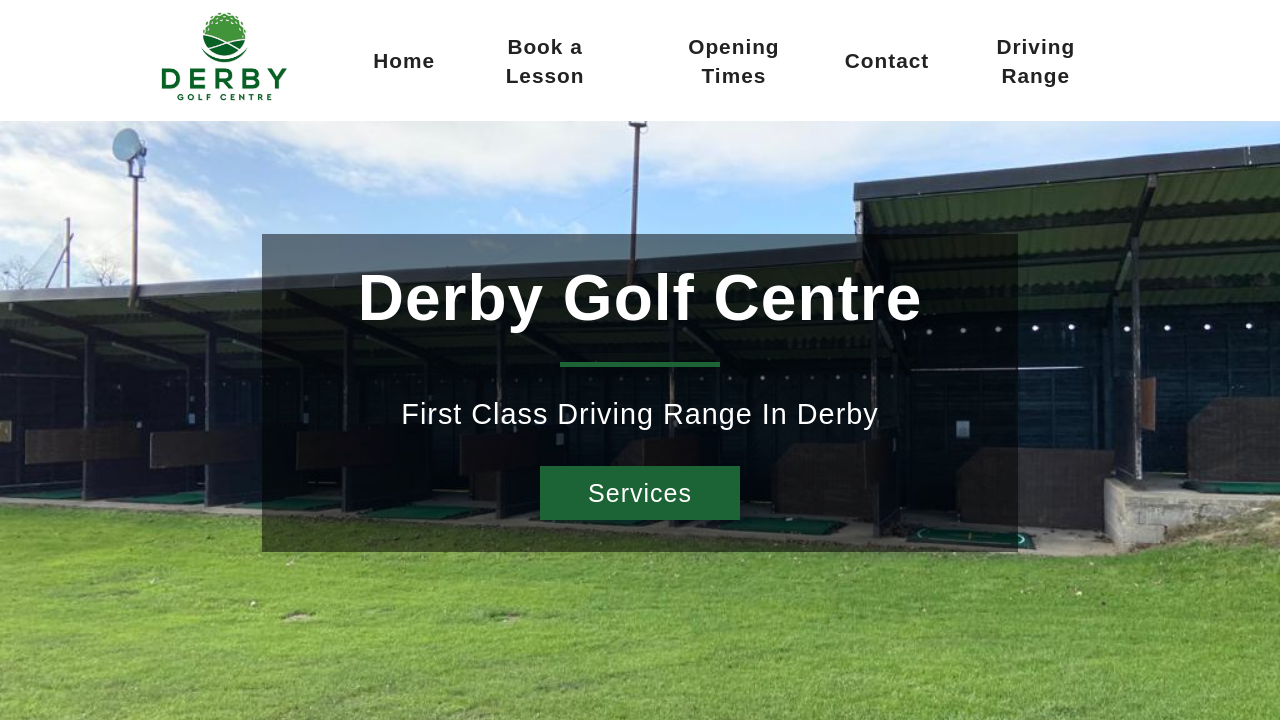
Repository: frankinstyyn/nigeljamesconsulting
Page: /
The author's editor kept a copy of each file at every save. The page is drawn from the files as they stood at one save, then again after the next save.
The browser window is 1280 px wide. The pictures show the whole page.
Some web fonts or font styles are not loaded; a fallback is used. The project was rebuilt for these pictures with package versions that can differ from the ones it lists, and the page was loaded fresh each time. Also part of the build but not shown: src/pages/Lesson.js, src/pages/SingleRoom.js, src/pages/Error.js.

Above is the page before, as saved 2021-01-08 17:31:51.

### public/index.html
<!DOCTYPE html>
<html lang="en">
  <head>
    <meta charset="utf-8" />
    <link rel="icon" href="%PUBLIC_URL%/favicon.ico" />
    <meta name="viewport" content="width=device-width, initial-scale=1" />
    <meta name="theme-color" content="#000000" />
    <meta
      name="description"
      content="Web site created using create-react-app"
    />
    <link rel="apple-touch-icon" href="%PUBLIC_URL%/logo192.png" />
    <!--
      manifest.json provides metadata used when your web app is installed on a
      user's mobile device or desktop. See https://developers.google.com/web/fundamentals/web-app-manifest/
    -->
    <link rel="manifest" href="%PUBLIC_URL%/manifest.json" />
    <!--
      Notice the use of %PUBLIC_URL% in the tags above.
      It will be replaced with the URL of the `public` folder during the build.
      Only files inside the `public` folder can be referenced from the HTML.

      Unlike "/favicon.ico" or "favicon.ico", "%PUBLIC_URL%/favicon.ico" will
      work correctly both with client-side routing and a non-root public URL.
      Learn how to configure a non-root public URL by running `npm run build`.
    -->
    <title>Derby Golf Centre</title>
  </head>
  <body>
    <noscript>You need to enable JavaScript to run this app.</noscript>
    <div id="root"></div>
    <!--
      This HTML file is a template.
      If you open it directly in the browser, you will see an empty page.

      You can add webfonts, meta tags, or analytics to this file.
      The build step will place the bundled scripts into the <body> tag.

      To begin the development, run `npm start` or `yarn start`.
      To create a production bundle, use `npm run build` or `yarn build`.
    -->
  </body>
</html>

### src/index.js
import React from "react";
import ReactDOM from "react-dom";
import "./index.css";
import { BrowserRouter as Router } from "react-router-dom";
import App from "./App";
import reportWebVitals from "./reportWebVitals";

ReactDOM.render(
  <Router>
    <App />
  </Router>,
  document.getElementById("root")
);

// If you want to start measuring performance in your app, pass a function
// to log results (for example: reportWebVitals(console.log))
// or send to an analytics endpoint. Learn more: https://bit.ly/CRA-vitals
reportWebVitals();

### src/index.css
@import url("https://fonts.googleapis.com/css2?family=Darker+Grotesque:wght@300;800&display=swap");

body {
  margin: 0;
  font-family: -apple-system, BlinkMacSystemFont, "Segoe UI", "Roboto", "Oxygen",
    "Ubuntu", "Cantarell", "Fira Sans", "Droid Sans", "Helvetica Neue",
    sans-serif;
  -webkit-font-smoothing: antialiased;
  -moz-osx-font-smoothing: grayscale;
}

code {
  font-family: source-code-pro, Menlo, Monaco, Consolas, "Courier New",
    monospace;
}

### src/App.js
import "./App.css";
import Home from "./pages/Home";
import Lesson from "./pages/Lesson";
import SingleRoom from "./pages/SingleRoom";
import Error from "./pages/Error";

import { Route, Switch } from "react-router-dom";

import Navbar from "./components/Navbar";

function App() {
  return (
    <>
      <Navbar />
      <Switch>
        <Route exact path="/" component={Home} />
        <Route exact path="/lesson" component={Lesson} />
        <Route exact path="/lesson/:slug" component={SingleRoom} />
        <Route component={Error} />
      </Switch>
    </>
  );
}

export default App;

### src/App.css
* {
  margin: 0;
  padding: 0;
  box-sizing: border-box;
  font-family: "Darker Grotesque", sans-serif;
}
:root {
  --primaryColor: #1c6435;
  --mainWhite: #fff;
  --offWhite: #f7f7f7;
  --mainBlack: #222;
  --mainGrey: #ececec;
  --darkGrey: #cfcfcf;
  --mainTransition: all 0.3s linear;
  --mainSpacing: 1px;
  --lightShadow: 2px 5px 3px 0px rgba(0, 0, 0, 0.5);
  --darkShadow: 4px 10px 5px 0px rgba(0, 0, 0, 0.5);
}
/* globals */
body {
  padding-top: 66px;
  color: var(--mainBlack);
  background: var(--mainWhite);
  font-family: Verdana, Geneva, Tahoma, sans-serif;
  line-height: 1.4;
}
h1 {
  font-size: 3em;
  line-height: 1;
  margin-bottom: 0.5em;
}
h2 {
  font-size: 2em;
  margin-bottom: 0.75em;
}
h3 {
  font-size: 1.5em;
  line-height: 1;
  margin-bottom: 1em;
}
h4 {
  font-size: 1.2em;
  line-height: 1.25;
  margin-bottom: 1.25em;
}
h5 {
  font-size: 1em;
  font-weight: bold;
  margin-bottom: 1.5em;
}
h6 {
  font-size: 1em;
  font-weight: bold;
  margin-bottom: 1.5em;
}

.btn-primary {
  display: inline-block;
  text-decoration: none;
  letter-spacing: var(--mainSpacing);
  color: var(--mainWhite);
  background: var(--primaryColor);
  padding: 0.4rem 0.9rem;
  border: 3px solid var(--primaryColor);
  transition: var(--mainTransition);
  /* text-transform: uppercase; */
  cursor: pointer;
  width: 200px;
  font-size: 25px;
}
.btn-primary:hover {
  background: transparent;
  color: var(--primaryColor);
}
.loading {
  text-transform: capitalize;
  text-align: center;
  margin-top: 3rem;
}
.error {
  text-align: center;
  text-transform: uppercase;
  margin: 2rem 0;
}
.empty-search {
  text-align: center;
  text-transform: capitalize;
  margin: 2rem 0;
  padding: 1rem;
  letter-spacing: var(--mainSpacing);
}
/* end of globals */
/* Navbar */
.logo {
  height: 91px;
}
.navbar {
  position: fixed;
  top: 0;
  left: 0;
  width: 100%;
  padding: 0.75rem 2rem;
  background: var(--mainWhite);
  z-index: 1;
  display: inline-block;
  vertical-align: middle;
  text-align: center;
}
.nav-header {
  display: flex;
  justify-content: space-between;
}
.nav-btn {
  background: transparent;
  border: none;
  cursor: pointer;
  outline: none;
  color: red;
}
.nav-icon {
  font-size: 1.5rem;
  color: var(--primaryColor);
}
.nav-links {
  height: 0;
  overflow: hidden;
  transition: var(--mainTransition);
  list-style-type: none;
  align-items: center;
}
.nav-links a {
  display: block;
  text-decoration: none;
  padding: 1rem;
  color: var(--mainBlack);
  transition: var(--mainTransition);
  text-align: center;
  font-size: 1.3rem;
  font-weight: 600;
  letter-spacing: var(--mainSpacing);
}
.nav-links a:hover {
  color: var(--mainWhite);
  background: var(--primaryColor);
}

.show-nav {
  height: 310px;
}
@media screen and (min-width: 1028px) {
  .nav-btn {
    display: none;
  }
  .nav-center {
    max-width: 1170px;
    margin: 0 10%;
    display: flex;
  }
  .nav-links {
    height: auto;
    display: flex;
    margin-left: 4rem;
  }
  .nav-links a {
    /* margin: 0 1rem; */
    padding: 1rem;
  }
}
/* end of navbar */
/* Hero */
.defaultHero,
.lessonHero {
  min-height: calc(100vh - 66px);
  background: url("./images/defaultBcg.jpeg") center/cover no-repeat;
  display: flex;
  align-items: center;
  justify-content: center;
}
.lessonHero {
  background-image: url("./images/room-2.jpeg");
  /* min-height: 60vh; */
}
/* End of Hero */
/* Banner */
.banner {
  display: inline-block;
  background: rgba(0, 0, 0, 0.5);
  color: var(--mainWhite);
  padding: 2rem 1rem;
  text-align: center;
  text-transform: capitalize;
  letter-spacing: var(--mainSpacing);
}
.banner h1 {
  font-size: 2.5rem;
}
.banner div {
  width: 10rem;
  height: 5px;
  background: var(--primaryColor);
  margin: 1.7rem auto;
}
.banner p {
  font-size: 1.8rem;
  margin-bottom: 2rem;
}
@media screen and (min-width: 576px) {
  .banner {
    padding: 2rem 3rem;
  }
  .banner h1 {
    font-size: 3rem;
  }
}
@media screen and (min-width: 992px) {
  .banner {
    padding: 2rem 6rem;
  }
  .banner h1 {
    font-size: 4rem;
  }
}
/* End of Banner */
/* Title */
.section-title {
  text-align: center;
  margin-bottom: 4rem;
}
.section-title h4 {
  font-size: 2rem;
  letter-spacing: var(--mainSpacing);
  text-transform: capitalize;
  margin-bottom: 1rem;
}
.section-title div {
  width: 5rem;
  height: 5px;
  margin: 0 auto;
  background: var(--primaryColor);
}
/* end of Title */

/* services */
.services {
  padding: 5rem 0;
}
.services {
  background: var(--darkGrey);
  text-align: center;
}
.services-center {
  width: 90vw;
  margin: 0 auto;
  display: grid;
  grid-template-columns: repeat(auto-fit, minmax(255px, 1fr));
  grid-row-gap: 2rem;
  grid-column-gap: 50px;
}
.service span {
  display: inline-block;
  color: var(--primaryColor);
  font-size: 2.5rem;
  margin-bottom: 1.5rem;
}
.services h6 {
  letter-spacing: var(--mainSpacing);
}
.services p {
  width: 80%;
  margin: 0 auto;
}
@media screen and (min-width: 992px) {
  .services-center {
    width: 95vw;
    max-width: 1170px;
  }
}

@media screen and (min-width: 1200px) {
  .services p {
    width: 100%;
  }
}
/*end of services */
/* featured rooms */

.featured-rooms {
  padding: 5rem 0;
}
.featured-rooms-center {
  width: 80vw;
  margin: 0 auto;
  display: grid;
  grid-template-columns: repeat(auto-fit, minmax(270px, 1fr));
  grid-row-gap: 2rem;
  grid-column-gap: 40px;
}
@media screen and (min-width: 776px) {
  .featured-rooms-center {
    width: 90vw;
    grid-template-columns: repeat(auto-fit, minmax(330px, 1fr));
  }
}
@media screen and (min-width: 992px) {
  .featured-rooms-center {
    width: 95vw;
    max-width: 1170px;
  }
}
/* end pf featured rooms */
/* room */
.room {
  box-shadow: var(--lightShadow);
  transition: var(--mainTransition);
}
.room:hover {
  box-shadow: var(--darkShadow);
}

.img-container {
  position: relative;
}
.img-container img {
  width: 100%;
  display: block;
  transition: var(--mainTransition);
}
.price-top {
  position: absolute;
  top: 0;
  left: 0;
  background: rgba(0, 0, 0, 0.8);
  color: var(--mainWhite);
  padding: 0.3rem 0.6rem 0.5rem;
  border-bottom-right-radius: 1rem;
  font-size: 0.5rem;
  text-align: center;
  transition: var(--mainTransition);
}
.price-top h6 {
  margin-bottom: 0;
  font-size: 0.9rem;
  font-weight: 300;
  letter-spacing: var(--mainSpacing);
}
.room-link {
  position: absolute;
  top: 50%;
  left: 50%;
  transform: scale(0);
  transition: all 0.3s linear;
}
.img-container:hover {
  background: rgba(0, 0, 0, 0.8);
}
.img-container:hover img {
  opacity: 0.3;
}
.img-container:hover .price-top {
  opacity: 0;
}
.img-container:hover .room-link {
  transform: translate(-50%, -50%) scale(1);
}
.room-info {
  background: var(--darkGrey);
  text-transform: capitalize;
  padding: 0.5rem 0;
  text-align: center;
  font-weight: 700;
  letter-spacing: var(--mainSpacing);
}
/* end of room  */
/* single room*/

.single-room {
  padding: 5rem 0 0 0;
}
.single-room-images {
  width: 80vw;
  margin: 0 auto;
  display: grid;
  grid-template-columns: repeat(auto-fit, minmax(350px, 1fr));
  grid-row-gap: 2rem;
  grid-column-gap: 50px;
}
.single-room-images img {
  width: 100%;
  display: block;
}
.single-room-info {
  width: 80vw;
  display: grid;
  grid-template-columns: 1fr;
  margin: 2rem auto;
}
.desc,
.info {
  margin: 1rem 0;
}
.desc h3 {
  text-transform: capitalize;
  letter-spacing: var(--mainSpacing);
}
.desc p {
  line-height: 1.5;
}
.info h3,
.info h6 {
  text-transform: capitalize;
  letter-spacing: var(--mainSpacing);
}

.info h6 {
  font-weight: 300;
}
.room-extras {
  width: 80vw;
  margin: 0 auto 3rem auto;
}
.room-extras h6 {
  text-transform: capitalize;
  letter-spacing: var(--mainSpacing);
}
.extras {
  list-style-type: none;
  display: grid;
  grid-template-columns: repeat(auto-fit, minmax(330px, 1fr));
  grid-column-gap: 2rem;
  grid-row-gap: 1rem;
}
@media screen and (min-width: 992px) {
  .single-room-images,
  .single-room-info,
  .room-extras {
    width: 95vw;
    max-width: 1170px;
  }
  .single-room-info {
    display: grid;
    grid-template-columns: 1fr 1fr;
    grid-column-gap: 2rem;
  }
  .info {
    padding-left: 3rem;
  }
}
/* end of single room*/
/* roomlist */
.roomslist {
  padding: 5rem 0;
}
.roomslist-center {
  width: 80vw;
  margin: 0 auto;
  display: grid;
  grid-template-columns: repeat(auto-fill, minmax(270px, 1fr));
  grid-row-gap: 2rem;
  grid-column-gap: 30px;
}

@media screen and (min-width: 776px) {
  .roomslist-center {
    width: 90vw;
  }
}
@media screen and (min-width: 992px) {
  .roomslist-center {
    width: 95vw;
    max-width: 1170px;
  }
}
/* end of roomlist */
/*  rooms fitler*/
.filter-container {
  padding: 5rem 0;
}
.filter-form {
  width: 60vw;
  margin: 0 auto;
  display: grid;
  grid-template-columns: repeat(auto-fit, minmax(202px, 1fr));
  grid-row-gap: 2rem;
  grid-column-gap: 40px;
}
.form-group {
  text-transform: capitalize;
}
.form-group label {
  display: block;
  letter-spacing: var(--mainSpacing);
  margin-bottom: 0.5rem;
}
.form-control {
  width: 100%;
  background: transparent;
  font-size: 1rem;
}
.size-inputs {
  display: flex;
}
.size-input {
  width: 40%;
  padding: 0.2rem;
  border: 1px solid var(--mainBlack);
  border-radius: 0.3rem;
  margin-right: 0.3rem;
}
.single-extra label {
  display: inline-block;
  font-size: 0.8rem;
  margin-left: 0.5rem;
}
@media screen and (min-width: 776px) {
  .filter-form {
    width: 70vw;
  }
}
@media screen and (min-width: 992px) {
  .filter-form {
    width: 95vw;
    max-width: 1170px;
  }
}
/* end of rooms fitler*/

### src/pages/Home.js
import React from "react";
import Hero from "../components/Hero";
import Banner from "../components/Banner";
import { Link } from "react-router-dom";
import Services from "../components/Services"

export default function Home() {
  return (
    <>
    <Hero hero="defaultHero" >
      <Banner title="Derby Golf Centre" subtitle="First class Driving Range in Derby">
        <Link to="/lesson" className="btn-primary">
          Services
      </Link>
      </Banner>
      </Hero>
      <Services />
      </>
  );
}

### src/components/Navbar.js
import React, { Component } from "react";
// import { IoGolf } from "react-icons/io5";
import logo from "../images/sdrlogo.jpeg";
import { FaAlignRight } from "react-icons/fa";
import { Link } from "react-router-dom";

export default class Navbar extends Component {
  state = {
    isOpen: false,
  }
  handleToggle = () => {
    this.setState({ isOpen: !this.state.isOpen });
  }
  render() {
    return <nav className="navbar">
      <div class="nav-center">
        <div class="nav-header">
          <Link to="/">
            <img className="logo" src={logo} alt="Derby Golf Centre" />
          </Link>
          <button type="button" className="nav-btn" onClick={this.handleToggle}>
            <FaAlignRight className="nav-icon" />
          </button>
        </div>
        <ul className={this.state.isOpen ? "nav-links show-nav" : "nav-links"}>
          <li>
            <Link to="/">Home</Link>
          </li>
          <li>
            <Link to="/lesson">Book a Lesson</Link>
          </li>
          <li>
            <Link to="/opening-times">Opening Times</Link>
          </li>
          <li>
            <Link to="/contact">Contact</Link>
          </li>
          <li>
            <Link to="/driving-range">Driving Range</Link>
          </li>
        </ul>
      </div>
    </nav>;
  }
}

### src/components/Hero.js
import React from 'react'

export default function Hero({children, hero}) {
    return (
        <header className={hero}>{children}</header>
    )
}

### src/components/Banner.js
import React from 'react'

export default function Banner({children,title,subtitle}) {
    return (
        <div className="banner">
            <h1>{title}</h1>
            <div></div>
            <p>{subtitle}</p>
            {children}
        </div>
    )
}

### src/components/Services.js
import React, { Component } from 'react'
import { FaGolfBall, FaStoreAlt } from 'react-icons/fa'
import golfclub from '../images/golf-club.svg'
import Title from "./Title"


export default class Services extends Component {
    state = {
        services: [
            {
                icon: <FaGolfBall />,
                title: "Driving Range",
                info: "Driving range in Derby with 25 bays, multiple tees etc"
            },
            {
                icon: <FaStoreAlt />,
                title: "Golf Shop",
                info: "Fully stocked pro shop with all kinds of stuff etc"
            },
            {
                icon: <img src={golfclub} alt="Club Services"/>,
                title: "Club Services",
                info: "Driving range in Derby with 25 bays, multiple tees etc"
            }
        ]
    };
    render() {
        return (
            <section className="Services">

            </section>
        )
    }
}

Loaded but not shown: src/reportWebVitals.js (common file); src/components/Title.js (common file)

After the next save:
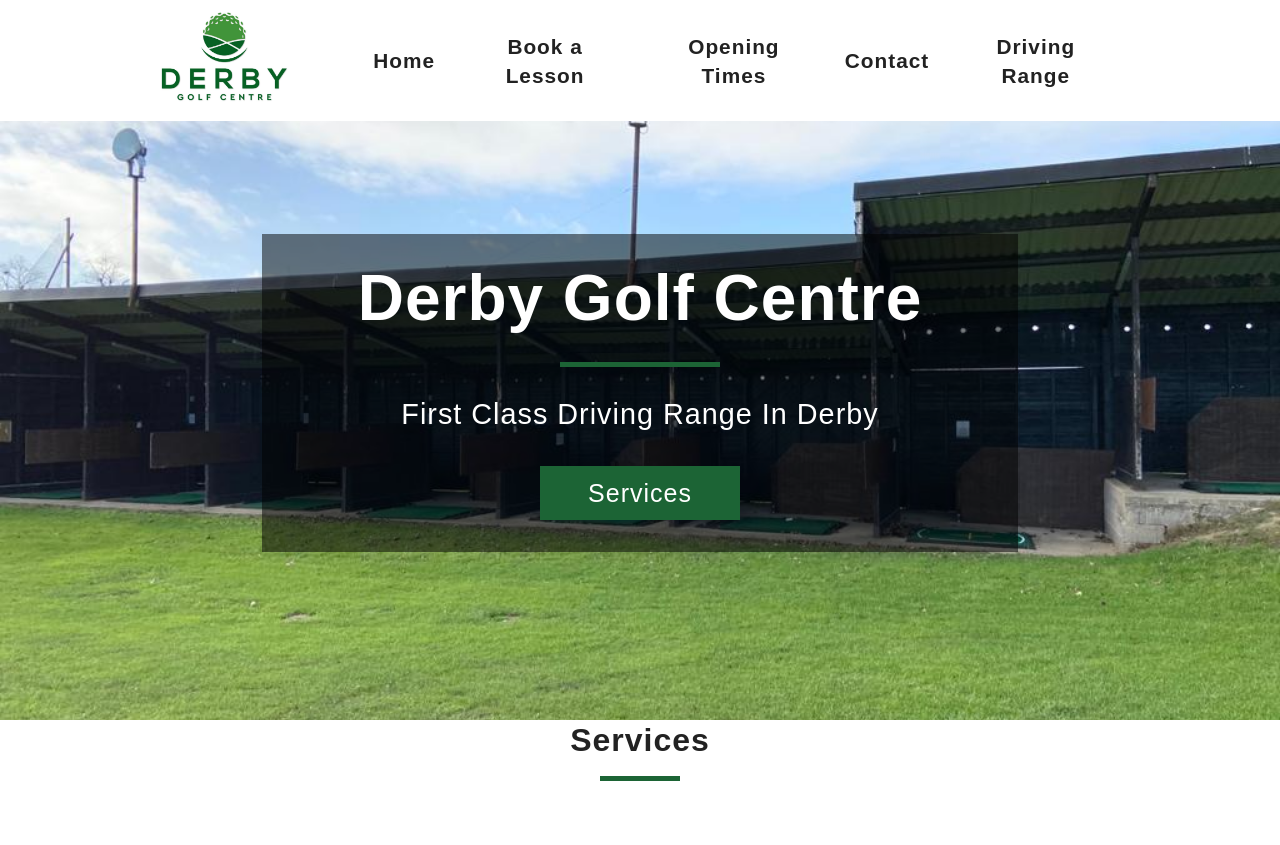
Saved 38 s later.
--- a/src/components/Services.js
+++ b/src/components/Services.js
@@ -27,7 +27,7 @@
     render() {
         return (
             <section className="Services">
-
+                <Title title="services" />
             </section>
         )
     }
